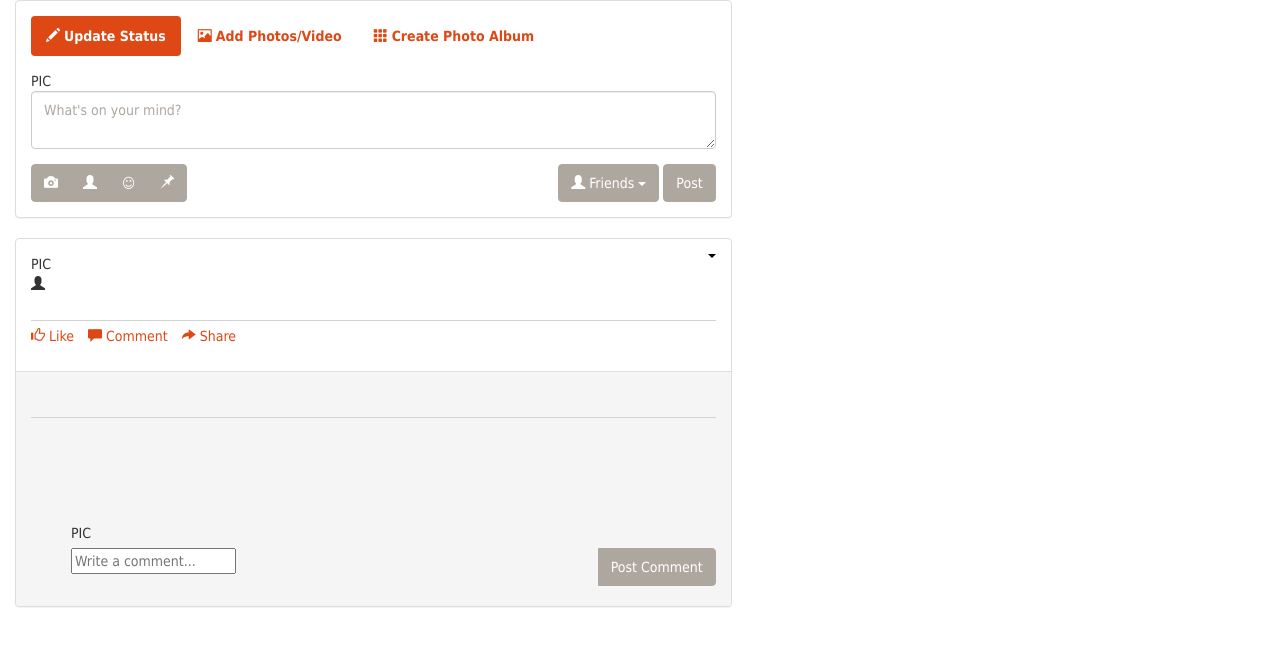
Repository: harshagithub19/news_feed
Page: fbapp3/src/main/webapp/newcheck.html
These files come from the project's save history. The page is drawn as it stood at one moment and after the next save; the edit follows.
The browser window is 1280 px wide. The pictures show the whole page.
The page's requests for data from a server got no answer. Some web fonts or font styles are not loaded; a fallback is used. Some web libraries are served in a nearby version.

Above is the page before, as saved 2017-03-05 03:55:50.

### fbapp3/src/main/webapp/newcheck.html
<!DOCTYPE html>
<html>
<head>
<meta charset="UTF-8">
<meta http-equiv="Content-Type" content="text/html; charset=ISO-8859-1">


<script src="https://ajax.googleapis.com/ajax/libs/jquery/3.1.1/jquery.min.js"></script>
<script src="https://ajax.googleapis.com/ajax/libs/jquery/3.1.1/jquery.ui.min.js"></script>
<script src="https://maxcdn.bootstrapcdn.com/bootstrap/3.3.7/js/bootstrap.min.js"></script>
<script type="text/javascript" src="http://cdn.jsdelivr.net/jquery.cookie/1.3.1/jquery.cookie.js"></script>
<link href="bootstrap/css/bootstrap.css" rel="stylesheet" />
<link href="assets/css/bootstrap-united.css" rel="stylesheet" />



<style type="text/css" >
  hr {
  margin-top: 5px;
  margin-bottom: 5px;
  /* The color of `hr` is set by its top border color.
     Yeah, it's weird. */
  border-top: 1px solid lightgray;
}
</style>

<script type="text/javascript">

  $(document).ready(function(){

	  //  var obj1 = {user_id:21};
	//	var myJSON1 = JSON.stringify(obj1);
	var user_id=21;
	var stat_id; // global variable for status that is fetched
  	       	$.ajax({
  	                   url: "http://localhost:8080/fbapp3/webapi/status/21/",
  	                   type: "GET",
  	                   //data: "myJSON1",
  	                   dataType: "json",
  	                   contentType : "application/json",
  	                   crossDomain: true,
  	                   processData: true,
  	                   success: function(response){


  	                	if(response!=null){
  	                		 //alert("working");

  	                       var data =JSON.parse(JSON.stringify(response));
  	                     //alert(data);
  	                       stat_id= data[0].statusID;
  	                      // window.alert(stat_id);

  	                     var forstatus;

	                	   forstatus = "<p"+">"+ data[0].status_desc+ "</p>";
	                	   $("#forstatus").html(forstatus);


	                	   var dateandperson;

	                	       dateandperson = "<a href="+"#"+">"+ data[0].author_id+ "</a>";
	                	       dateandperson += "<br"+">"+ data[0].created;


	                	   $("#dateandperson").html(dateandperson);


	                	   var x = data[0].likes_count;
		               	   alert(data[0].likes_count);
		               	   alert(data[0].statusID);
		               	   var lc;
		               	   //lc="<a href="+"#"+">"+13+ "</a>";
		               	   lc="<a class="+"like_class"+" href="+"#"+">"+13+"</a>";
		               	   $("#likescount").html(lc);

  	                      var cmnt=data[0].a;
  	                      var output= "<ul class="+"media-list"+">";
	                	   for (i=0; i < cmnt.length; i++){
	                	      // output += "<li class="+"media"+">"+ cmnt[i].comment_desc+ "</li>" +"<hr>";
	                	     // output+= "<li class="+"media"+">" + "<div class="+"media-left"+">"+PIC+"</div>"+"<div class="+"media-body"+">" + cmnt[i].comment_desc+"</div>"+"</li>"+"<hr>"
	                	       output+= "<li class="+"media"+">" +"<div class="+"media-left"+">"+cmnt[i].userID+"</div>"+"<div class="+"media-body"+">"+cmnt[i].comment_desc+"</div>"+"</li>"+"<hr>";
	                	   }
	                	   output += "</ul>";
  	                	   $("#output").html(output);


  	                       /***


		  	                	       // status
		  	                	        var forstatus="<p>"+data[0].status_desc+"</p";

		  	                	      //comments
				  	                	var output= "<ul class="+"media-list"+">";
				  	                	   for (i=0; i < data.length; i++){
				  	                	       output += "<li class="+"media"+">"+ data[0].a[i].comment_desc+ "</li>";

				  	                	   }

				  	                	   output += "</ul>";
				  	                	   $("#output").html(output);
				  	                	 //
				  	                	//date and person
				  	  	                	var dateandperson;

				  	  	                	       dateandperson += "<a href="+"#"+">"+ data[0].user_id+ "</a>";
				  	  	                	      // dateandperson += "<br>"+ data[0].created;


				  	  	                	   $("#dateandperson").html(dateandperson);


  	                       ***/


  	                }

  	                    else
  	                    {
							//	alert("not working");
  	                    	   window.location.href = "AddInfo.html";
  	                    	   }
  	                     },
  	          			error: function(e){
  	            					alert('Error121212: ' + e);
  	            					alert(e.toString());
  	          			}

  	    	  });

  	    $('a[href="#thumbs-up"]').click(function(e){


  	    	 e.preventDefault();
  		    //$('a[href="#thumbs-up"]').on('click', 'span.glyphicon glyphicon-thumbs-up',function() {
  			// $('.like_class').html(function(i,val){
  		    //var reference = this;

  		     minclose();


  		      // return val*1+1
  		     //});
  	      });
  	    $("#commentAdd").click(function(e){

	        //get the form data using another method
	           e.preventDefault();
	           var comment_desc=$("input#comment_d").val();  //comment_d is id set in line 368
	            var obj = {statusID:2,userID:22,comment_desc:comment_desc};
	        	var myJSON = JSON.stringify(obj);
	            $.ajax({

	                type: "POST",
	                url: "http://localhost:8080/fbapp3/webapi/status/addComment",
	                data: myJSON,
	                contentType :"application/json",
	                dataType: "json",
	                 success:function(resp) {
	                	 alert(resp);

	                     if(resp==true){

	                  	  alert("Comment added successfully");
	                  	  }
	                     else
	                  	   {alert("error mode");
	                  	   }
	                     },complete:function(jqXHR, textStatus){
	 	                    //$('#comment_d').attr("placeholder", "Write a comment...");
	 	                    alert("done!1");
	 	                }

	           });

	    });

  	   /* $('a[href="#thumbs-up"]').on('click', 'span.glyphicon glyphicon-thumbs-up', function(e) {
  	    	e.preventDefault();
  	    	var reference = this;
  	        alert('follow');
  	        minclose();
  	        $(reference).removeClass("glyphicon glyphicon-thumbs-up");
  	        $(reference).addClass("glyphicon glyphicon-user");
  	    }); */

  			//closing of  $('a[href="#thumbs-up"]')


	 });

  	    function minclose(){
  	      var obj = { lstatusID:2,luserID:99}; //luserID will be fetched from web token i.e user who is currently logged in
          var myJSON = JSON.stringify(obj);
 	       	alert('hereeeeeee');
  	    	$.ajax({

                type: "POST",
                url: "http://localhost:8080/fbapp3/webapi/status/incrementLike",
                data: myJSON,
                contentType : "application/json",
                dataType: "json",
                 success:function(resp) {
                     if(resp==true){
                        window.alert("liked successfully");
                  	  }
                     else
                  	   {
                    	 window.alert("error mode");
                  	   }
                    },
                    error: function(jqXHR, textStatus, errorThrown){
	                     console.log("Something really bad happened " + textStatus);
	                      $("#ajaxResponse").html(jqXHR.responseText);
	                },
	                beforeSend: function(jqXHR, settings){
	                    $('#myButton').attr("disabled", true);
	                },complete: function(jqXHR, textStatus){
	                    $('#').attr("disabled", false);
	                }

           });

  	    }





</script>
<title>Insert title here</title>
</head>
<body>


<!-- Main feed: A cell that spans 7 columns -->
<div class="col-md-7">
  <!-- Status update entry -->
  <div class="panel panel-default">
    <div class="panel-body">

	    <ul class="nav nav-pills">
	      <li role="presentation" class="active">
	        <a href="#"><span class="glyphicon glyphicon-pencil"></span> <strong>Update Status</strong></a>
	      </li>
	      <li role="presentation">
	        <a href="#"><span class="glyphicon glyphicon-picture"></span> <strong>Add Photos/Video</strong></a>
	      </li>
	      <li role="presentation">
	        <a href="#"><span class="glyphicon glyphicon-th"></span> <strong>Create Photo Album</strong></a>
	      </li>
	    </ul>

        <div class="media">
			  <div class="media-left media-top">
			    PIC
			  </div>
			  <div class="media-body">
			    <div class="form-group">
			      <!-- rows="2" means "display the textarea as 2 rows high". The user can
			           enter more than 2 rows of text. -->
			      <textarea class="form-control" rows="2" placeholder="What's on your mind?"></textarea>
			    </div>
			  </div>
       </div>

      <div class="row">
		  <div class="col-md-6">
		    <div class="btn-group" role="group">
		      <button type="button" class="btn btn-default">
		        <span class="glyphicon glyphicon-camera"></span>
		      </button>
		      <button type="button" class="btn btn-default">
		        <span class="glyphicon glyphicon-user"></span>
		      </button>
		      <button type="button" class="btn btn-default">
		        ☺
		      </button>
		      <button type="button" class="btn btn-default">
		        <span class="glyphicon glyphicon-pushpin"></span>
		      </button>
		    </div>
		  </div>
		  <div class="col-md-6">
		    <div class="pull-right">
		      <button type="button" class="btn btn-default">
		        <span class="glyphicon glyphicon-user"></span> Friends <span class="caret"></span>
		      </button>
		      <button type="button" class="btn btn-default">
		        Post
		      </button>
		    </div>
		  </div>
     </div>




    </div>
  </div>
  <!-- Status update #1 -->
  <div class="panel panel-default">
  <div class="panel-body">
    <!-- Post metadata -->
    <div class="row">
      <div class="col-md-10">
        <div class="media">
          <div class="media-left media-top">PIC</div>
          <div class="media-body">
            <p id="dateandperson">
            <span class="glyphicon glyphicon-user"></span>
          </div>
        </div>
      </div>
      <div class="col-md-2">
        <span class="caret pull-right"></span>
      </div>
    </div>
    <!-- Post content -->
    <div class="row">
      <div class="col-md-12">
       <p id="forstatus">
      </div>
    </div>
  <hr>
  <div class="row">
		  <div class="col-md-12">
		    <ul class="list-inline">
		      <li>
		      <a href="#thumbs-up"><span class="glyphicon glyphicon-thumbs-up"></span> Like</a>
		      </li>
		      <li>
		      <a href="#"><span class="glyphicon glyphicon-comment"></span> Comment</a>
		      </li>
		      <li>
		      <a href="#"><span class="glyphicon glyphicon-share-alt"></span> Share</a>
		      </li>
		    </ul>
		  </div>
  </div>
 </div> <!--  div of panel body for status update 1 -->
 <!-- panel body footer -->
 <div class="panel-footer" id="o">
	  <div class="row">
	   <!-- <div class="col-md-12"> -->
	       <p id="likescount"></p>
	       <br>
	    <!-- </div>  -->

	   </div>


  <hr>
  <div class="pre-scrollable" style="height:100px;">
       <p id="output"></p>
       <br>

  </div>

   <ul>
   <li class="media">
      <div class="media-left" style= "height:25px;width:25px;">
        PIC    <!-- pic of user currently logged in -->
      </div>
      <div class="media-body">
      	<form action="#" id="CommentForm" method="POST"  name="Form" >
        <div class="input-group">
          <input type="text" id="comment_d" placeholder="Write a comment...">
          <span class="input-group-btn">
            <button type="button" class="btn btn-default" id="commentAdd">
              Post Comment
            </button>
          </span>
        </div>
       </form>
      </div>
    </li>
   </ul>


 <!--   <ul class="media-list">
    <li class="media">
      <div class="media-left media-top">
        PIC
      </div>
      <div class="media-body">
        <a href="#">Someone Else</a> hope everything is ok!

      </div>
    </li>
    <li class="media">
      <div class="media-left media-top">
        PIC
      </div>
      <div class="media-body">
        <div class="input-group">
          <input type="text" class="form-control" placeholder="Write a comment...">
          <span class="input-group-btn">
            <button class="btn btn-default" type="button">
              <span class="glyphicon glyphicon-camera"></span>
            </button>
            <button class="btn btn-default" type="button">
              ☺
            </button>
          </span>
        </div>
      </div>
    </li>
  </ul> -->



</div>



</div> <!--  div of panel default for status update 1 -->

</div>





</body>
</html>

Loaded but not shown: fbapp3/src/main/webapp/bootstrap/css/bootstrap.css (library); fbapp3/src/main/webapp/assets/css/bootstrap-united.css (library)

After the next save:
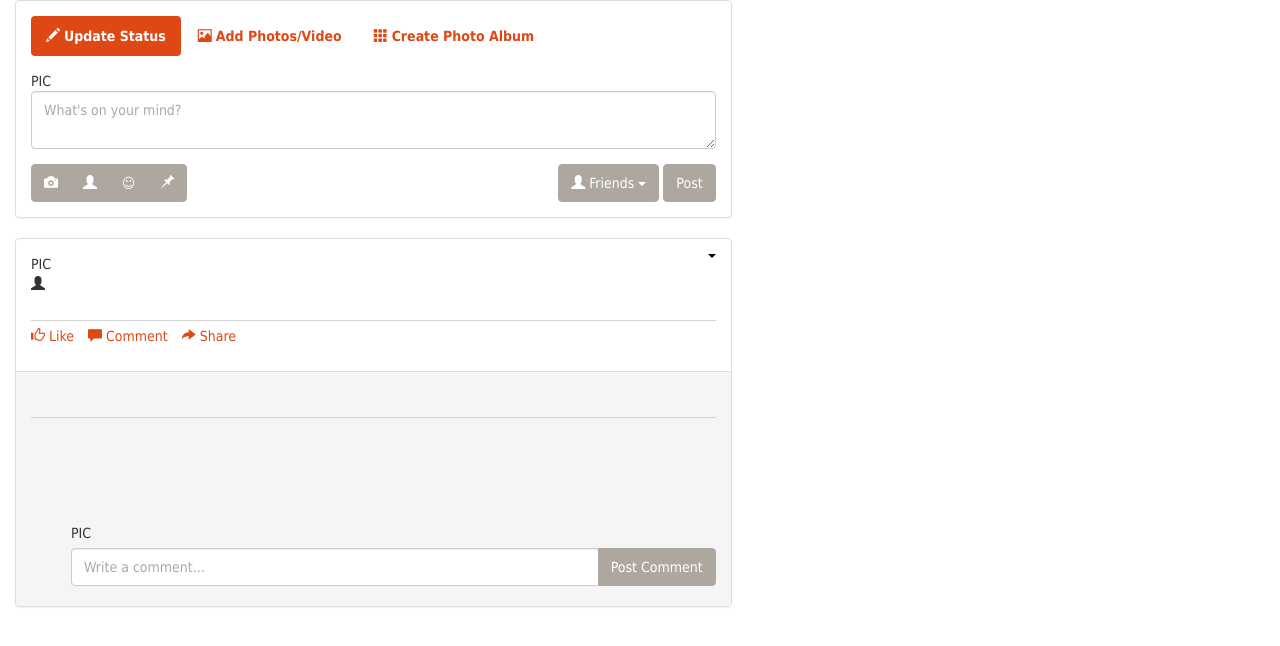
Saved 20 min 54 s later.
--- a/fbapp3/src/main/webapp/newcheck.html
+++ b/fbapp3/src/main/webapp/newcheck.html
@@ -364,16 +364,14 @@
         PIC    <!-- pic of user currently logged in -->
       </div>
       <div class="media-body">
-      	<form action="#" id="CommentForm" method="POST"  name="Form" >
         <div class="input-group">
-          <input type="text" id="comment_d" placeholder="Write a comment...">
+          <input type="text" class="form-control" id="comment_d" placeholder="Write a comment...">
           <span class="input-group-btn">
             <button type="button" class="btn btn-default" id="commentAdd">
               Post Comment
             </button>
           </span>
         </div>
-       </form>
       </div>
     </li>
    </ul>
